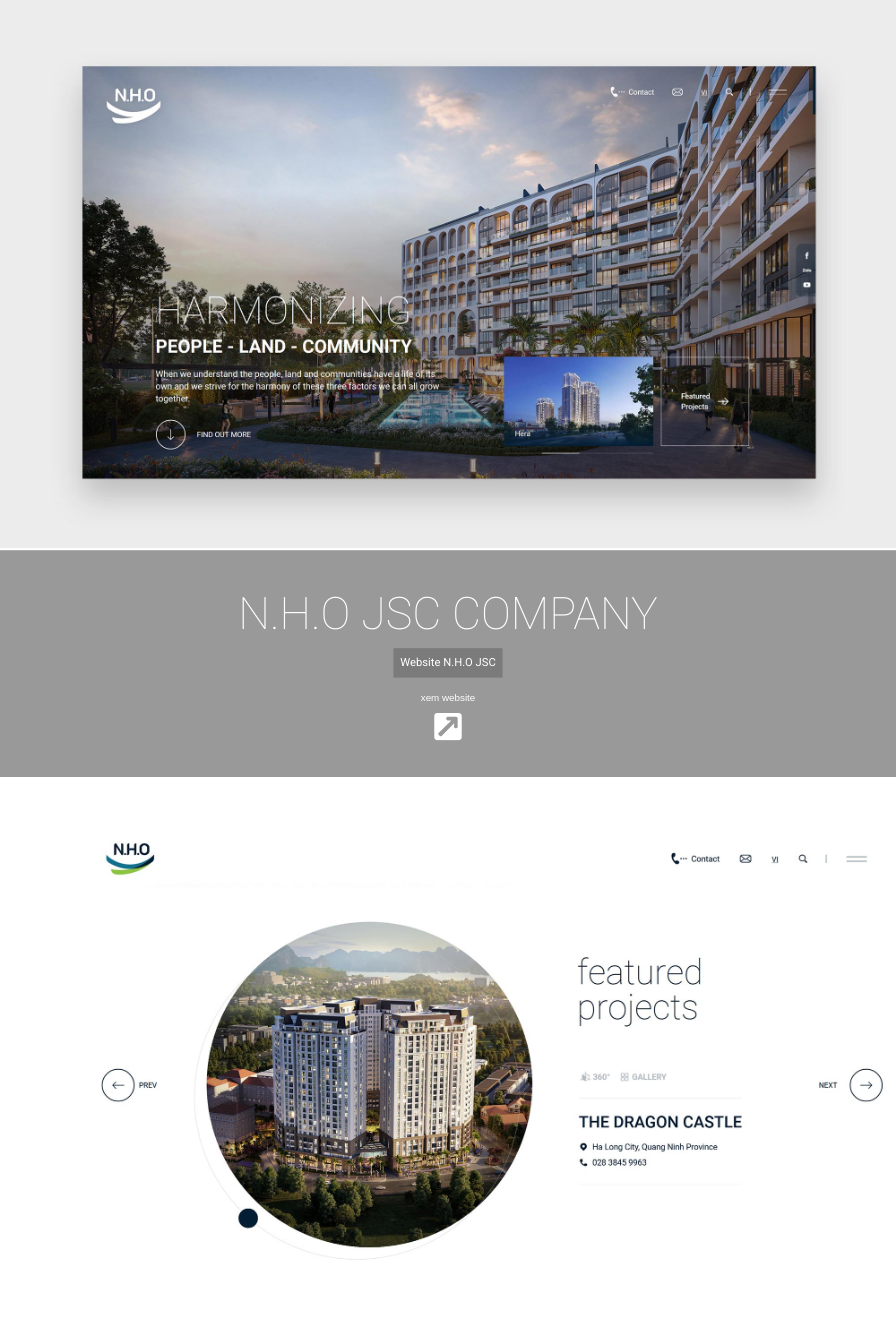
Repository: Minns-Cao/project-BTQ
Page: company.html
These files come from the project's save history. The page is drawn as it stood at one moment and after the next save; the edit follows.
The browser window is 1280 px wide. The pictures show the part of the page from y = 0 to 1920 px (the page is 6093 px tall), at 70% of full size.

Above is the page before, as saved 2023-07-02 09:43:56.
Console error: TypeError: Cannot read properties of null (reading 'addEventListener')

After the next save:
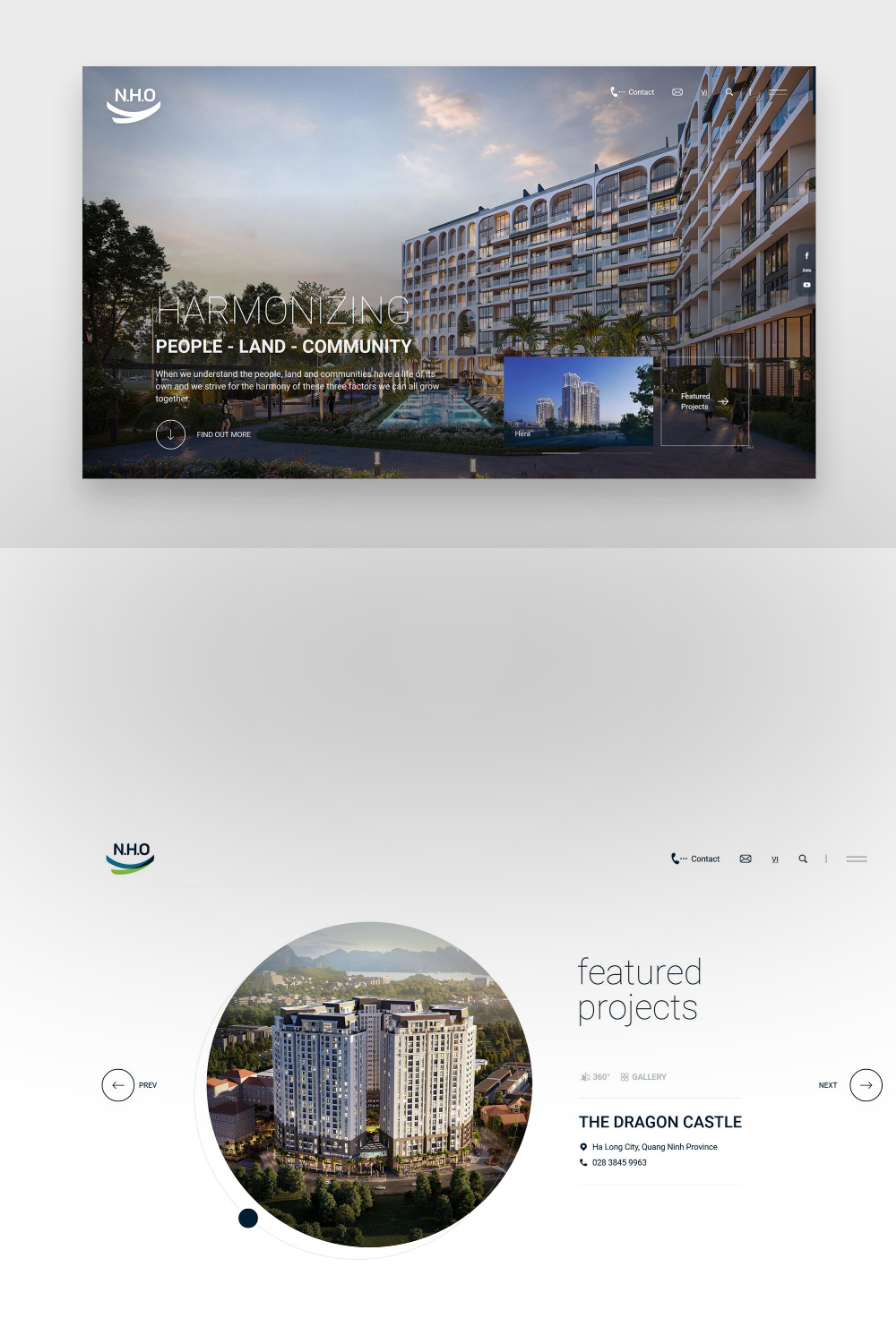
Saved 6 s later.
--- a/assets/css/styleCompany.css
+++ b/assets/css/styleCompany.css
@@ -10,7 +10,7 @@
     width: 100%;
     height: 45vh;
     background-color: rgba(0,0,0,.4);
-    filter: blur(200%);
+    filter: blur(200px);
 }
 
 .details-title-name .name{
